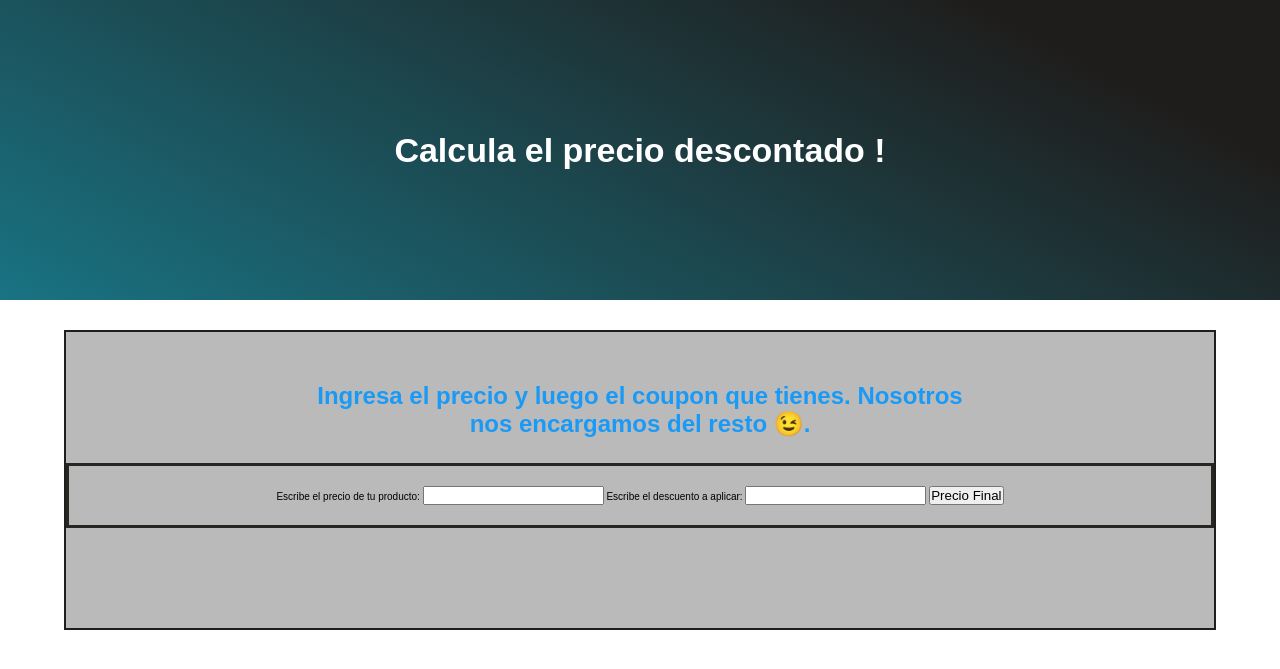
Repository: ChristianGecchelin/javascript-project
Page: javascript-project/descuentos y porcentajes/descuentos.html
The author's editor kept a copy of each file at every save. The page is drawn from the files as they stood at one save, then again after the next save.
The browser window is 1280 px wide. The pictures show the whole page.

Above is the page before, as saved 2021-12-05 18:22:18.

### javascript-project/descuentos y porcentajes/descuentos.html
<!DOCTYPE html>
<html lang="es">
  <head>
    <meta charset="UTF-8" />
    <meta http-equiv="X-UA-Compatible" content="IE=edge" />
    <meta name="viewport" content="width=device-width, initial-scale=1.0" />
    <title>Porcentajes y descuentos</title>
    <link rel="stylesheet" href="./style.css" />
  </head>
  <body>
    <header>
      <div class="header--title-container">
        <h1>Calcula el precio descontado !</h1>
      </div>
    </header>
    <main>
      <section class="title-container">
        <h2 class="title">
          Ingresa el precio y luego el coupon que tienes. Nosotros nos
          encargamos del resto 😉.
        </h2>
        <div class="container-form">
          <form action="">
            <label for="inputPrice"> Escribe el precio de tu producto:</label>
            <input type="number" id="inputPrice" />
            <label for="inputCoupon">Escribe el descuento a aplicar:</label>
            <input type="number" id="inputCoupon" />
            <button type="button" onclick="calculateDiscountPrice()">
              Precio Final
            </button>
          </form>
        </div>
        <section class="container-answer">
          <p id="resultFunction"></p>
        </section>
      </section>
    </main>

    <script src="./descuentos.js"></script>
  </body>
</html>

### javascript-project/descuentos y porcentajes/style.css
:root {
  --Dark-lightblue: #197383;
  --soft-orange: #ffe9d5;
  --secondary-blue: #1a9af7;
  --soft-blue: #e7f5ff;
  --warm-black: #201e1c;
  --black: #282623;
  --grey: #bababa;
  --off-white: #faf8f7;
  --just-white: #fff;
}
* {
  box-sizing: border-box;
  margin: 0;
  padding: 0;
}
html {
  font-size: 62.5%;
  font-family: "DM Sans", sans-serif;
}
header {
  position: relative;
  display: flex;
  flex-direction: column;
  justify-content: center;
  width: 100%;
  min-width: 320px;
  height: 300px;
  text-align: center;
  background: linear-gradient(207.8deg, #1f1d1c 16.69%, #197383 100%);
}
header .header--title-container {
  display: flex;
  justify-content: center;
  align-self: center;
  width: 90%;
  min-width: 288px;
  max-width: 900px;
  height: 200px;
  text-align: center;
}
header .header--title-container h1 {
  margin: auto;
  font-size: 3.4rem;
  font-weight: 700;
  line-height: 3.6rem;
  color: var(--just-white);
}
.title-container {
  width: 90%;
  height: auto;
  margin: 0 auto;
  margin-top: 30px;
  padding-top: 50px;
  padding-bottom: 100px;
  text-align: center;
  background-color: #bababa;
  border: 2px solid var(--warm-black);
}
.title-container .title {
  width: 60%;
  margin: 0 auto;
  margin-bottom: 25px;
  font-size: 2.4rem;
  font-weight: 700;
  color: #1a9af7;
}
.title-container .container-form {
  display: flex;
  flex-direction: column;
  justify-content: center;
  height: auto;
  border: 3px solid var(--black);
  padding: 20px 20px;
}

### javascript-project/descuentos y porcentajes/descuentos.js
// Voy a relacionar los descuentos a cupones que el cliente puede aplicar para bajar el precio del producto
// 1° creo un array de objetos. propiedad: valor,
const coupons = [
  {
    name: "nuevo-socio",
    discount: 30,
  },
  { name: "primera-compra", discount: 15 },
  { name: "navidad", discount: 10 },
  {
    name: "cumpleaños",
    discount: 5,
  },
];
function calculoPrecioConDescuento(precio, descuento) {
  // Calculo el porcentaje final que PAGARA el cliente
  const porcentajePrecioConDescuento = 100 - descuento;
  const precioConDescuento = (precio * porcentajePrecioConDescuento) / 100;
  return precioConDescuento;
}
//Esta funcion es la que llamaremos cuando tocamos el boton
//tomamos los valores puestos en los input
function calculateDiscountPrice() {
  const inputPrice = document.getElementById("inputPrice");
  const priceValue = inputPrice.value;
  const inputCoupon = document.getElementById("inputCoupon");
  const couponValue = inputCoupon.value;
  // Esta funcion validara si coupon name es igual a coupon value, solo se ejecuta cuando la llamo

  const isCouponValueValid = function (coupon) {
    return coupon.name === coupon.value;
  };
  //recorreremos el array de cupones para ver si lo introducido en el input corresponde a un cupon valido mediante la funcion anterior y lo almacenamos en una constante
  const userCoupon = coupons.find(isCouponValueValid);
  //si no corresponde nos da un alert. Pero si es valido, la propiedad discount se la asigno a descuento y ejecuto las funciones para calcular
  //finalmente lo traslado al html
  if (!userCoupon) {
    alert(`El cupón ${couponValue} no es válido`);
  } else {
    const descuento = userCoupon.discount;
    const precioConDescuento = calculoPrecioConDescuento(priceValue, descuento);
    const resultP = document.getElementById("ResultP");
    resultP.innerText = `El precio con descuento es: ${precioConDescuento}`;
  }
}

After the next save:
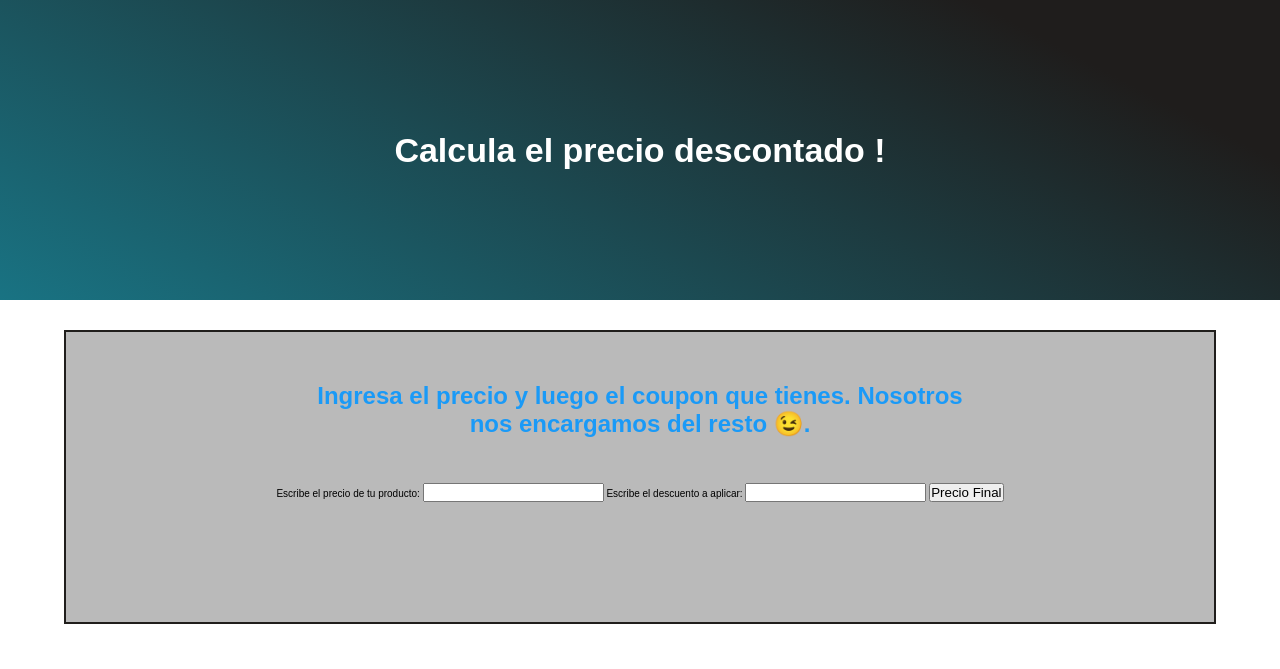
Saved 15 s later.
--- a/javascript-project/descuentos y porcentajes/style.css
+++ b/javascript-project/descuentos y porcentajes/style.css
@@ -70,6 +70,5 @@ header .header--title-container h1 {
   flex-direction: column;
   justify-content: center;
   height: auto;
-  border: 3px solid var(--black);
   padding: 20px 20px;
 }
